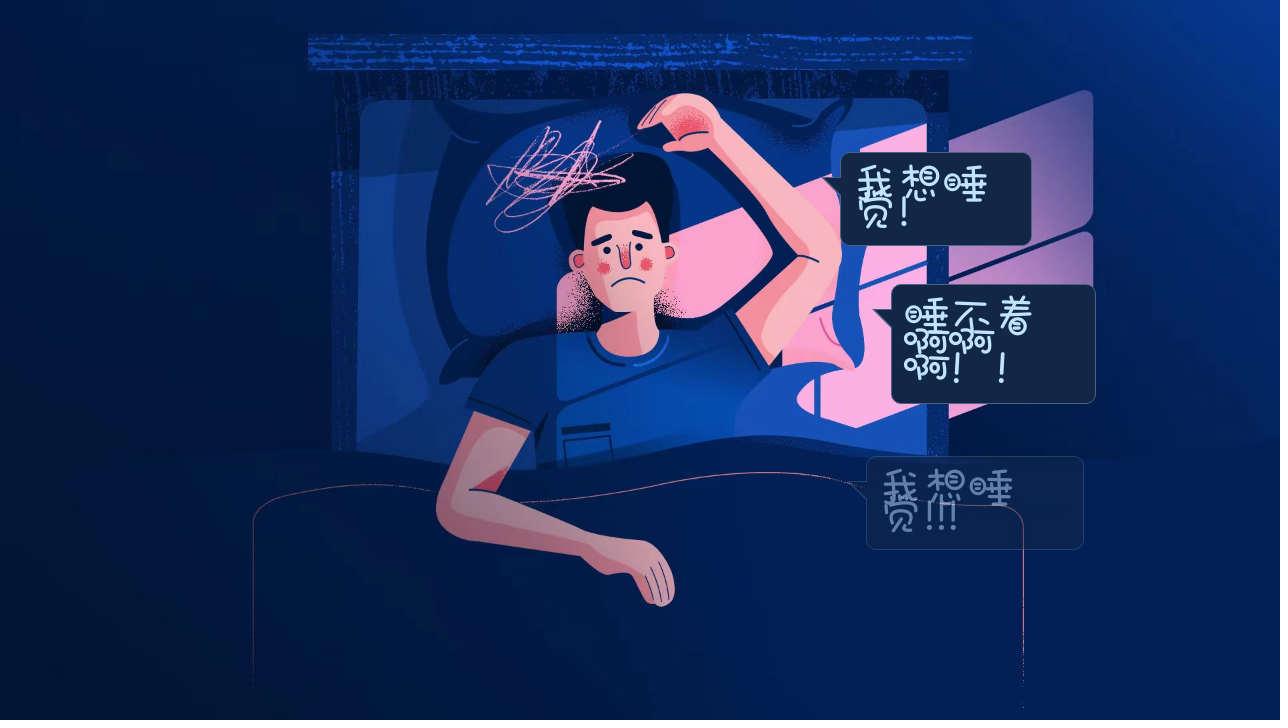
Repository: chjyume/zhongyi
Page: index2.html
These files come from the project's save history. The page is drawn as it stood at one moment and after the next save; the edit follows.
The browser window is 1280 px wide. The page is 1288 px wide, so the pictures cover 1288 px, including what lies to the right of the window. The pictures show the whole page.

Above is the page before, as saved 2023-06-25 10:47:14.

After the next save:
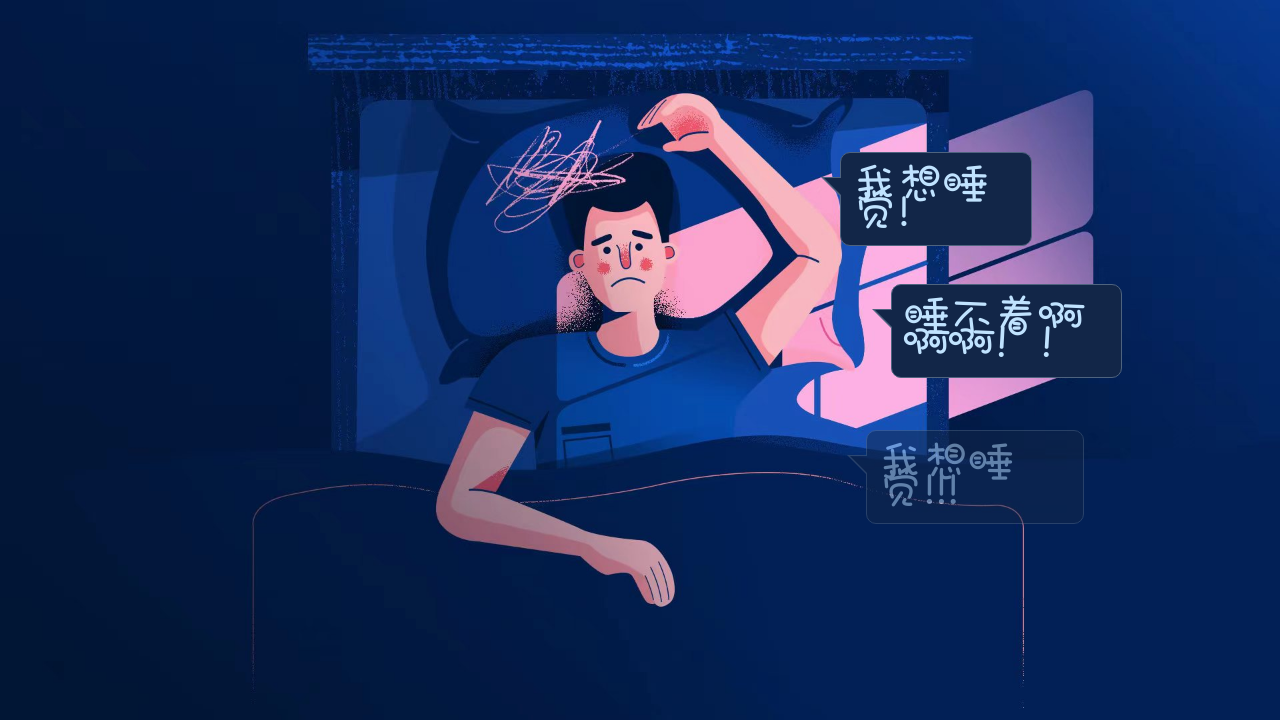
Saved 13 s later.
--- a/index2.html
+++ b/index2.html
@@ -23,7 +23,7 @@
 	</style>
 	<body>
 		<div class="bubble" id="text1" style="width: calc(13%)">我想睡觉!</div>
-		<div class="bubble" id="text2" style="width: calc(14%)">睡不着啊啊啊！！</div>
+		<div class="bubble" id="text2" style="width: calc(16%)">睡不着啊啊啊！！</div>
 		<div class="bubble" id="text3" style="width: calc(15%)">我想睡觉!!!</div>
 
 
